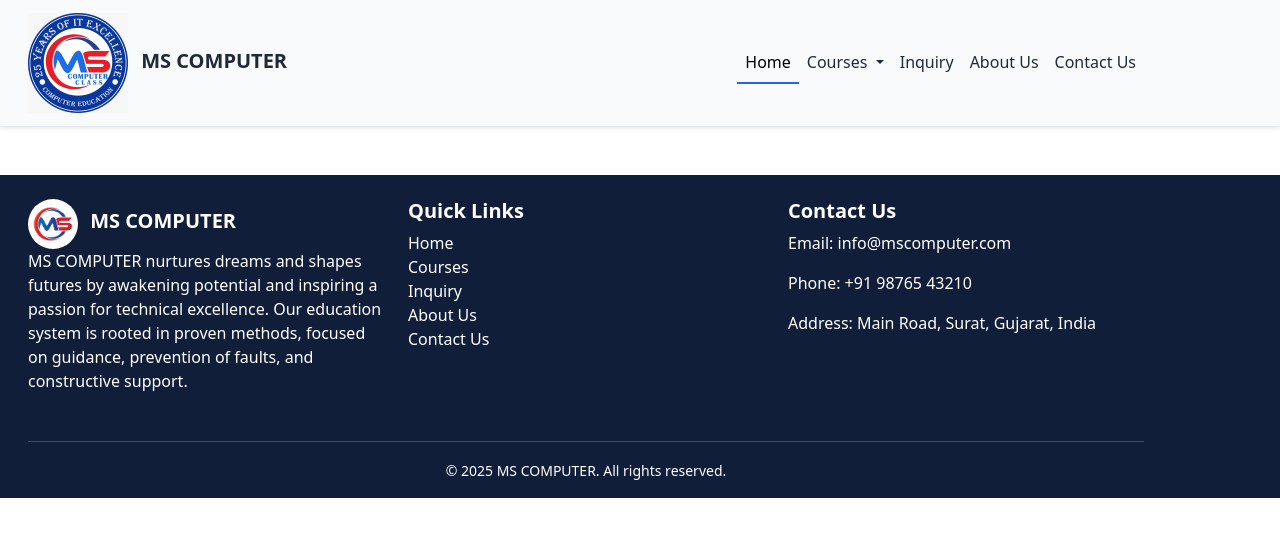
Repository: mscomputer2025/mscomputer
Page: http://localhost/
These files come from the project's save history. The page is drawn as it stood at one moment and after a run of saves; the edit follows.
The browser window is 1280 px wide. The pictures show the whole page.
The page is served by the project's Laravel application, run on PHP 8.4 with Laravel 12. Queries for data that is not in the repository find no rows.

Above is the page before, as saved 2025-07-01 11:05:21.

After the next 3 saves:
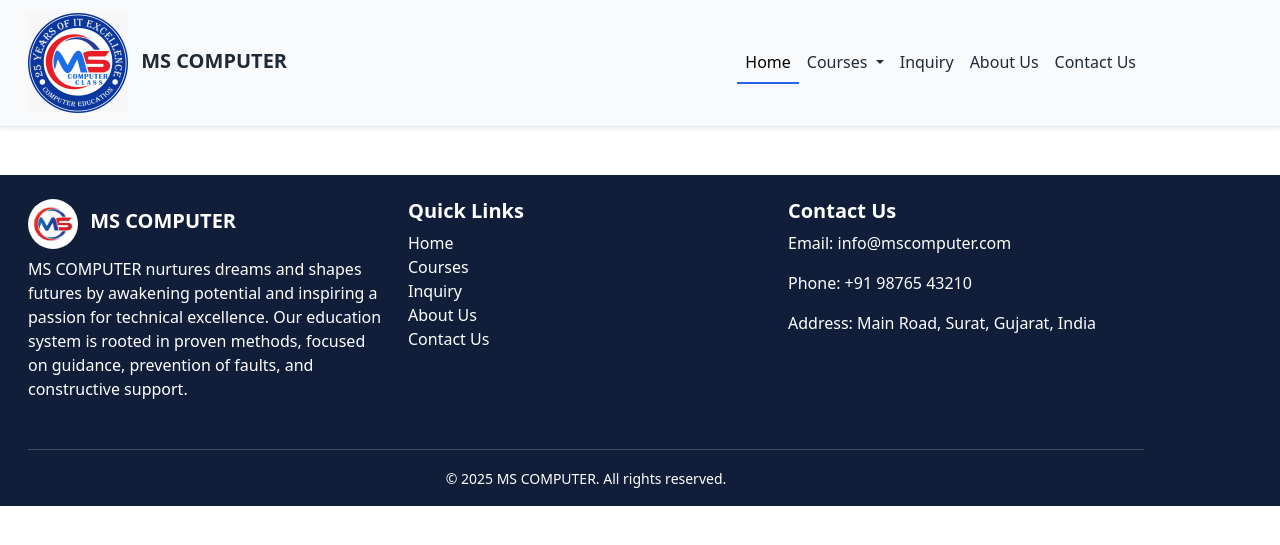
The 3 saves are shown as one change because they came seconds apart.
The last was saved 51 s later.
--- a/resources/views/master/footer.blade.php
+++ b/resources/views/master/footer.blade.php
@@ -9,7 +9,7 @@
 
                 </a>
                 <span class="fw-bold h5">MS COMPUTER</span>
-                <p class="">MS COMPUTER nurtures dreams and shapes futures by awakening potential and inspiring a passion for
+                <p class="mt-2">MS COMPUTER nurtures dreams and shapes futures by awakening potential and inspiring a passion for
                     technical excellence. Our education system is rooted in proven methods, focused on guidance,
                     prevention of faults, and constructive support.
 
